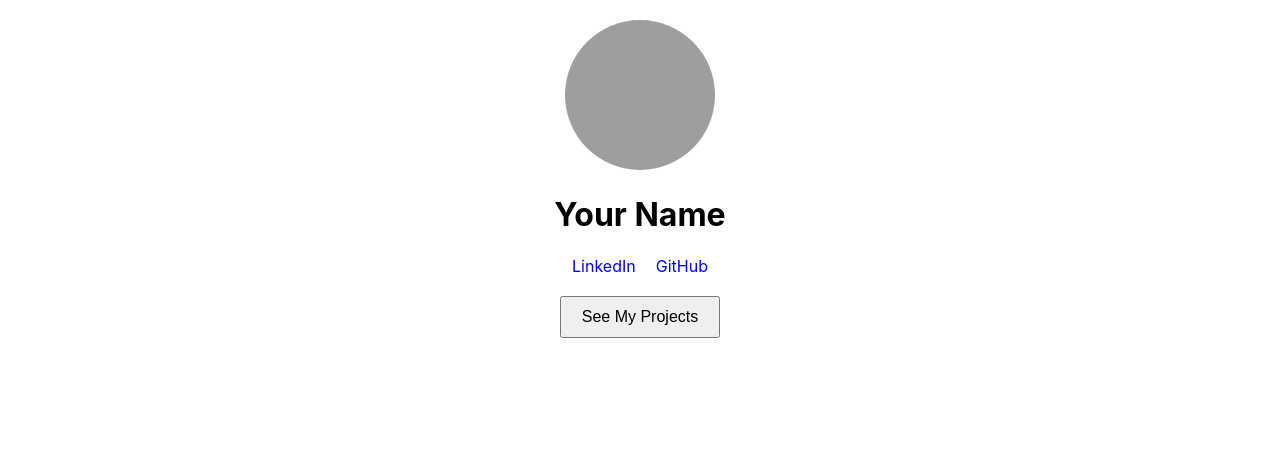
Repository: arunlorenz/portfolio
Page: /
These files come from the project's save history. The page is drawn as it stood at one moment and after the next save; the edit follows.
The browser window is 1280 px wide. The pictures show the whole page.
Pictures or frames that could not be fetched are drawn as grey boxes. The project was rebuilt for these pictures with package versions that can differ from the ones it lists, and the page was loaded fresh each time. Also part of the build but not shown: vite.config.ts, src/components/ProjectsPage.css, src/components/ProjectsPage.js.

Above is the page before, as saved 2024-08-06 20:17:04.

### src/App.js
import React from 'react';
import { BrowserRouter as Router, Route, Routes } from 'react-router-dom';
import HomePage from './components/HomePage';
import ProjectsPage from './components/ProjectsPage';

const App = () => {
  return (
    <Router>
      <Routes>
        <Route path="/" element={<HomePage />} />
        <Route path="/projects" element={<ProjectsPage />} />
      </Routes>
    </Router>
  );
};

export default App;

### src/components/HomePage.js
import React from 'react';
import { Link } from 'react-router-dom';
import './HomePage.css';  // Create a CSS file for styling if needed

const HomePage = () => {
  return (
    <div className="home-page">
      <img src="your-photo-url.jpg" alt="Your Name" className="profile-pic" />
      <h1>Your Name</h1>
      <div className="social-links">
        <a href="your-linkedin-url" target="_blank" rel="noopener noreferrer">LinkedIn</a>
        <a href="your-github-url" target="_blank" rel="noopener noreferrer">GitHub</a>
        {/* Add more social links as needed */}
      </div>
      <Link to="/projects">
        <button className="projects-button">See My Projects</button>
      </Link>
    </div>
  );
};

export default HomePage;

### src/components/HomePage.css
.home-page {
    text-align: center;
    padding: 20px;
  }

  .profile-pic {
    width: 150px;
    height: 150px;
    border-radius: 50%;
  }

  .social-links a {
    margin: 0 10px;
    text-decoration: none;
  }

  .projects-button {
    margin-top: 20px;
    padding: 10px 20px;
    font-size: 16px;
    cursor: pointer;
  }

Loaded but not shown: public/index.html (common file); src/index.js (common file); src/index.css (common file); src/reportWebVitals.js (common file)

After the next save:
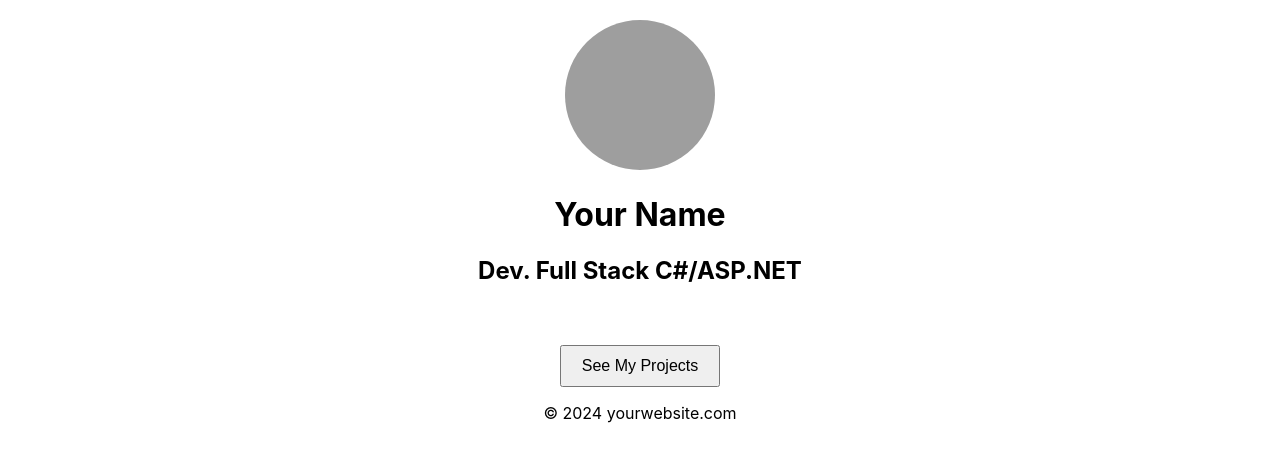
Saved 2 min 59 s later.
--- a/src/components/HomePage.js
+++ b/src/components/HomePage.js
@@ -1,20 +1,36 @@
 import React from 'react';
 import { Link } from 'react-router-dom';
-import './HomePage.css';  // Create a CSS file for styling if needed
+import './HomePage.css';
 
 const HomePage = () => {
   return (
     <div className="home-page">
       <img src="your-photo-url.jpg" alt="Your Name" className="profile-pic" />
       <h1>Your Name</h1>
+      <h2>Dev. Full Stack C#/ASP.NET</h2>
       <div className="social-links">
-        <a href="your-linkedin-url" target="_blank" rel="noopener noreferrer">LinkedIn</a>
-        <a href="your-github-url" target="_blank" rel="noopener noreferrer">GitHub</a>
-        {/* Add more social links as needed */}
+        <a href="your-twitter-url" target="_blank" rel="noopener noreferrer">
+          <i className="fab fa-twitter"></i>
+        </a>
+        <a href="your-linkedin-url" target="_blank" rel="noopener noreferrer">
+          <i className="fab fa-linkedin"></i>
+        </a>
+        <a href="your-email-url" target="_blank" rel="noopener noreferrer">
+          <i className="fas fa-envelope"></i>
+        </a>
+        <a href="your-github-url" target="_blank" rel="noopener noreferrer">
+          <i className="fab fa-github"></i>
+        </a>
+        <a href="your-messenger-url" target="_blank" rel="noopener noreferrer">
+          <i className="fab fa-facebook-messenger"></i>
+        </a>
       </div>
       <Link to="/projects">
         <button className="projects-button">See My Projects</button>
       </Link>
+      <footer>
+        <p>© 2024 yourwebsite.com</p>
+      </footer>
     </div>
   );
 };
